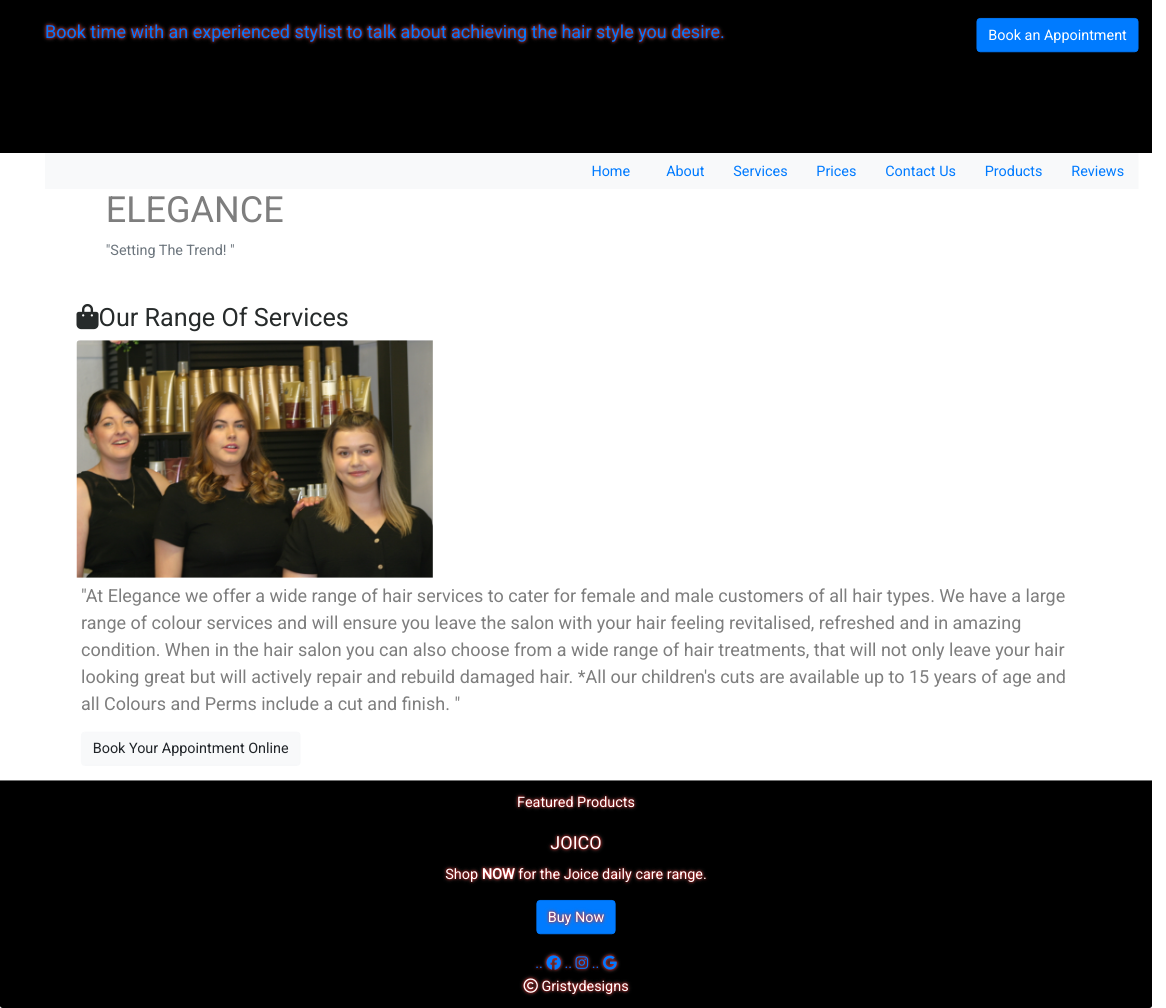
Repository: Gristydesigns/elegance-salon
Page: services.html
The author's editor kept a record of every edit. The page is drawn from the files as they stood at one moment, then again after the next edit.
The browser window is 1280 px wide. The page is 1280 px wide, then 1295 px, so the pictures cover 1295 px, including what lies to the right of the window. The pictures show the whole page, at 90% of full size.
Some web libraries are served in a nearby version.

Above is the page before.

After the next edit:
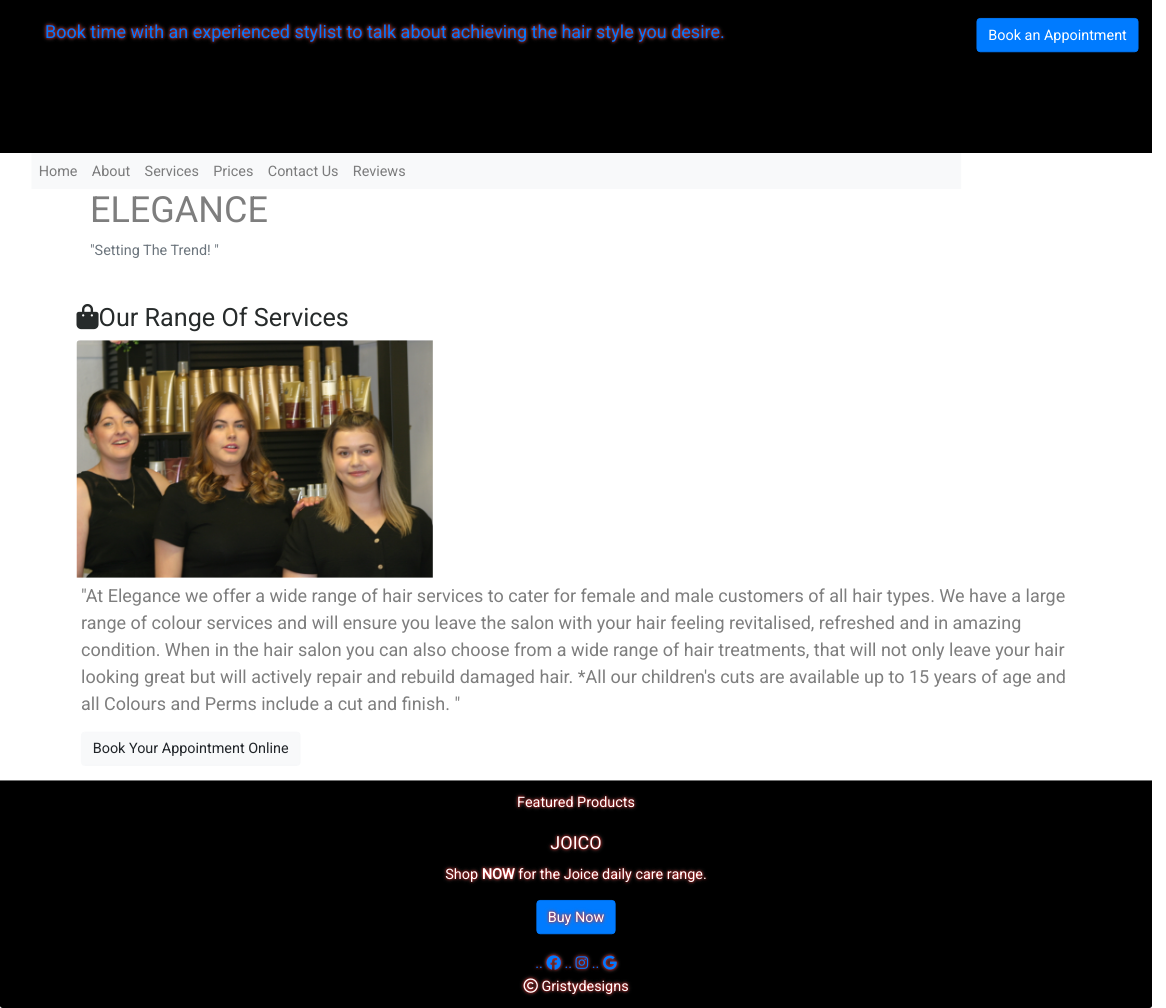
The edit:
--- a/services.html
+++ b/services.html
@@ -28,21 +28,31 @@
         <!--End------------------------->
         <!--Nav Bar--------------------->
         <section class="container-nav nav-bar ">
-            <div class="col-12 ">
-                    <div class="nav navbar-light bg-light navbar-expand-sm nav-position left>
-                    <a href=" # " class="navbar-salon "></a>
-                    <button class="navbar-toggler mr-auto " type="button " data-toggle="collapse " data-target="#navbarNavDropdown " aria-controls="navbarNavDropdown " aria-expanded="false " aria-label="Toggle navigation ">
-                                <span class="navbar-toggler-icon "></span></button>
-                    <div class="collapse navbar-collapse " id="navbarNavDropdown ">
-
-                        <ul class="nav nav-pills ml-auto ">
-                            <li class="active nav-item mr-2 "><a class="nav-link Home " href="index.html ">Home</a></li>
-                                <li class="nav-item "><a class="nav-link About " href="about.html ">About</a></li>
-                                    <li class="nav-item "><a class="nav-link Services " href="services.html ">Services</a></li>
-                                        <li class="nav-item "><a class="nav-link Prices " href="prices.html ">Prices</a></li>
-                                            <li class="nav-item "><a class="nav-link Contact us " href="contact.html ">Contact Us</a></li>
-                                                <li class="nav-item "><a class="nav-link Products " href="products.html ">Products</a></li>
-                                                    <li class="nav-item "><a class="nav-link Reviews " href="reviews.html ">Reviews</a></li>
+            <div class="row ">
+                <div class="col-lg-10">
+                   <nav class="nav navbar-light bg-light navbar-expand-sm nav-position right>
+                       <a href=" index.html " class="navbar-toggler "></a>
+                    <button class="navbar-toggler mr-auto" data-toggle="collapse" data-target="collapse_target">
+                        <span class="navbar-toggler-icon"></span></button>
+                    <div class="collapse navbar-collapse" id="collapse_target ">
+                        <ul class="navbar-nav justify-content-center nav-menu">
+                            <li class="nav-item">
+                                <a href="index.html" class="nav-link menu-home">Home</a>
+                            </li>
+                            <li class="nav-item">
+                                <a href="about.html" class="nav-link menu-about">About</a>
+                            </li>
+                            <li class="nav-item">
+                                <a href="services.html" class="nav-link menu-item">Services</a>
+                            </li>
+                            <li class="nav-item">
+                                <a href="prices.html" class="nav-link menu-item">Prices</a>
+                            </li>
+                            <li class="nav-item">
+                                <a href="#contact.html" class="nav-link menu-item">Contact Us</a>
+                           <li class="nav-item">
+                                <a href="reviews.html" class="nav-link menu-item">Reviews</a>
+                            </li>
                         </ul>
                     </div>
                 </div>
@@ -50,6 +60,7 @@
             </div>
             </div>
             </div>
+            </section>
             <!--logo------------------------->
             <section class="container logo ">
                 <div class=" col-12 col-md-4 ">
